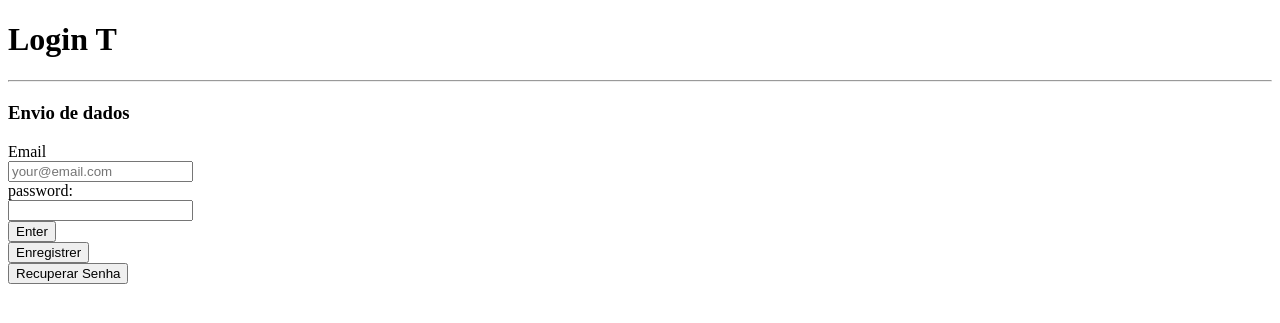
Repository: MarcioFreitasUFSC21/FrontEnd-part-1
Page: index.html
These files come from the project's save history. The page is drawn as it stood at one moment and after the next save; the edit follows.
The browser window is 1280 px wide. The pictures show the whole page.

Above is the page before, as saved 2023-04-22 20:00:19.

### index.html
<!DOCTYPE html>
<html lang="pt-br>
<head>
    <meta charset="UTF-8">
    <meta http-equiv="X-UA-Compatible" content="IE=edge">
    <meta name="viewport" content="width=device-width, initial-scale=1.0">
    <title>Controle Gastos</title>
    <link rel = "stylesheets" href = "style.css">
</head>
<body>
    <h1> Login T </h1>
    <hr>
    <form>
            <h2>
                <h3> Envio de dados</h3>
                    <div>
                        <label type = "email"> Email </label> <br>
                        <input type = "email" placeholder="your@email.com" ></input>
                            <div>
                               <label type = "password"> password: </label>
                            </div>
                            <div>
                               <input type = "password"> </input>
                            </div>
                     <div>
                         <button type = "button" action = "save" onclick="alert('exemple')"> Enter</button>
                      </div>
                    <div>
                      <button  type = "button  class = "solid">Enregistrer</button>
                    </div>
                    <div>
                       <button type = "button" class = "outline">Recuperar Senha</button>
                    </div>
            </h2>
    </form>
</body>
</html>

After the next save:
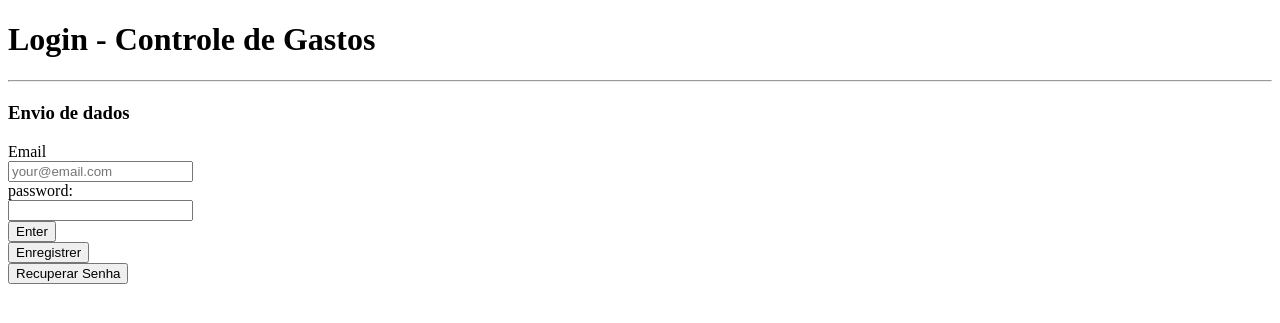
Saved 9 s later.
--- a/index.html
+++ b/index.html
@@ -8,7 +8,7 @@
     <link rel = "stylesheets" href = "style.css">
 </head>
 <body>
-    <h1> Login T </h1>
+    <h1> Login - Controle de Gastos </h1>
     <hr>
     <form>
             <h2>
